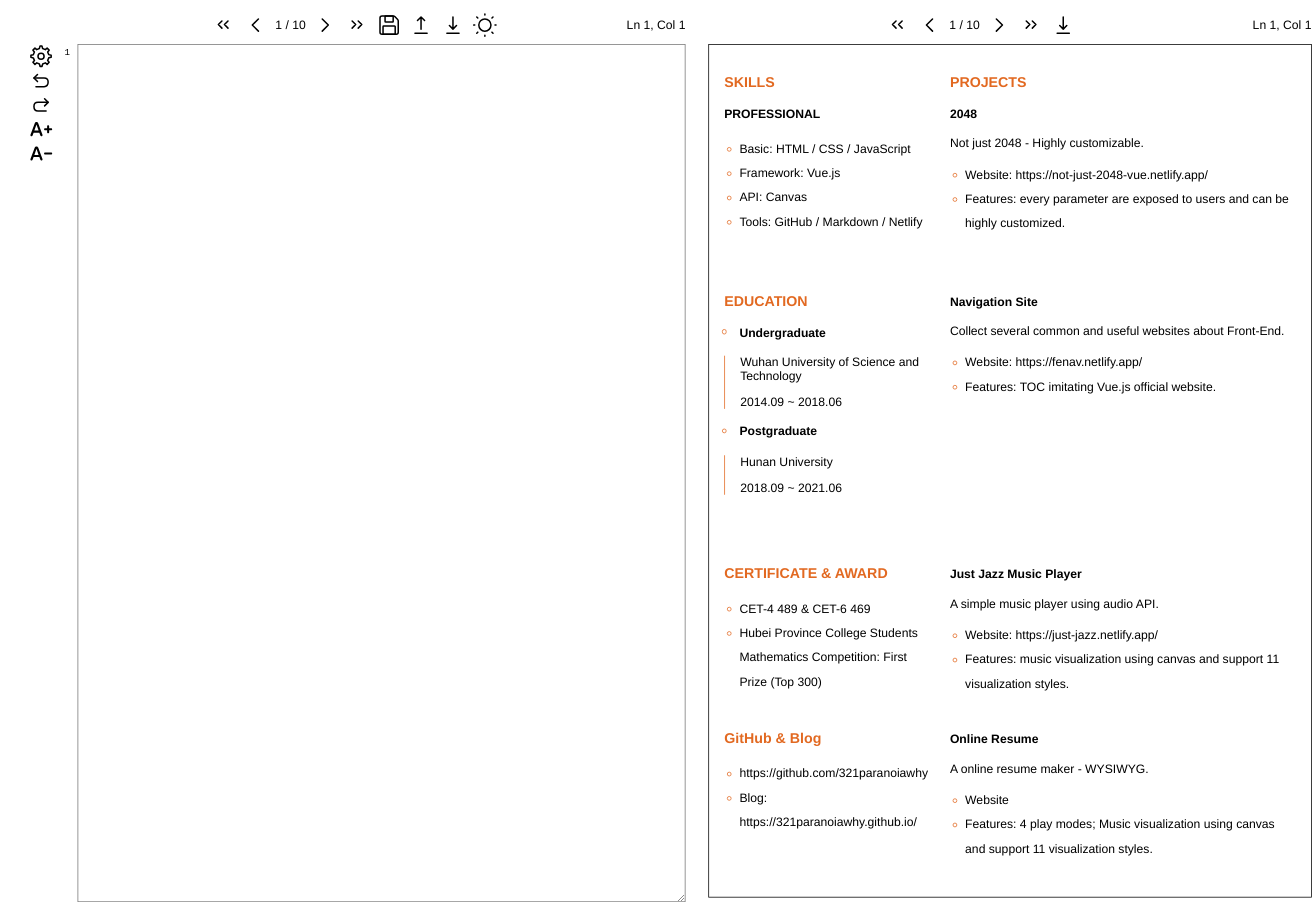
Repository: 321paranoiawhy/online-resume
Page: /
An editor plug-in stored every save of this project. The page is shown before and after the next save, followed by the edit.
The browser window is 1280 px wide. The page is 1726 px wide, so the pictures cover 1726 px, including what lies to the right of the window. The pictures show the whole page, at 76% of full size.
The project was rebuilt for these pictures with package versions that can differ from the ones it lists, and the page was loaded fresh each time. Also part of the build but not shown: vue.config.js, src/components/Header.vue, src/components/Introduction.vue, src/components/Footer.vue.

Above is the page before, as saved 2022-06-08 17:22:04.

After the next save:
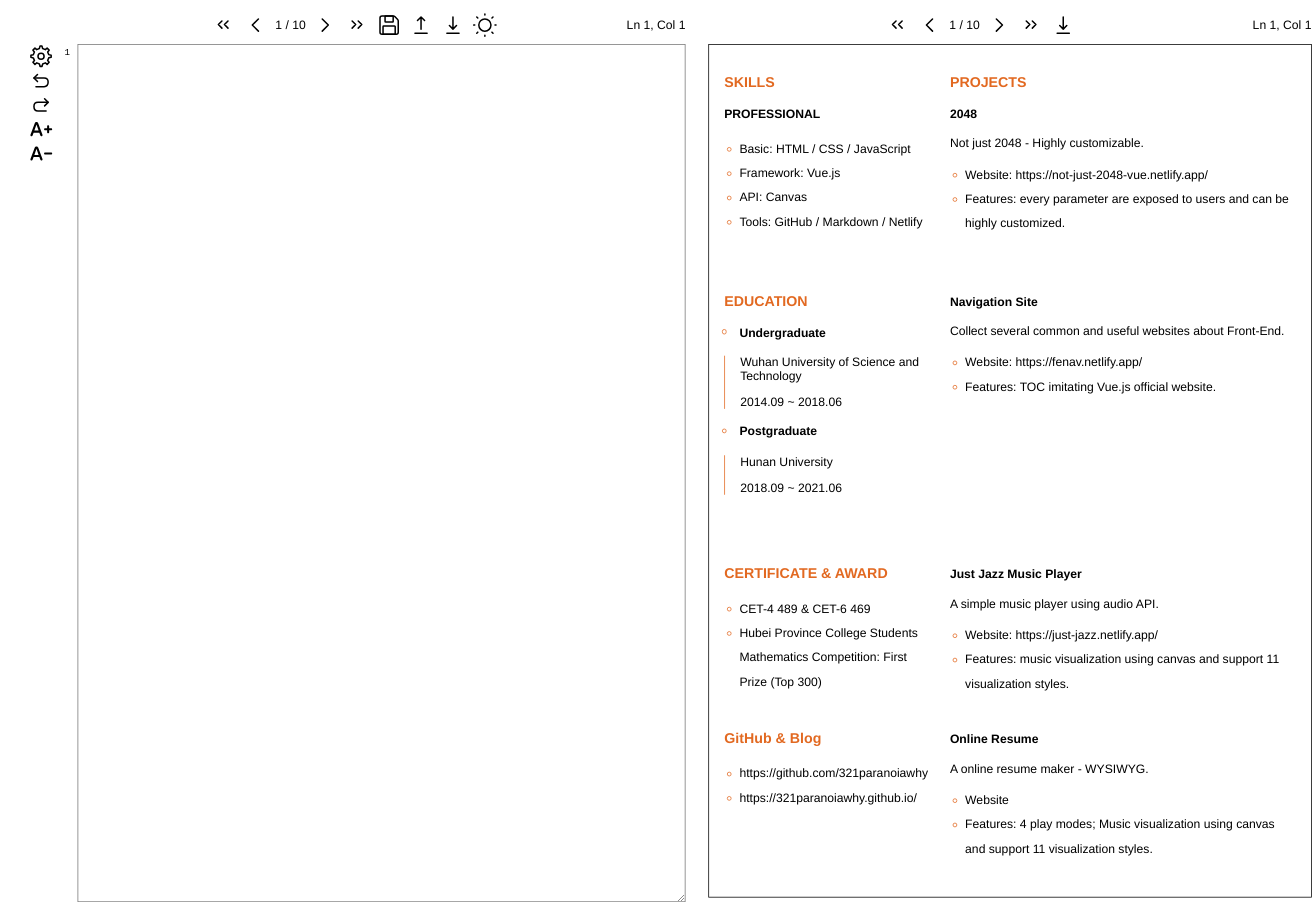
Saved 12 s later.
--- a/src/components/testTemplate.vue
+++ b/src/components/testTemplate.vue
@@ -94,7 +94,6 @@
                     >
                 </li>
                 <li>
-                    Blog:
                     <a href="https://321paranoiawhy.github.io/"
                         >https://321paranoiawhy.github.io/</a
                     >
